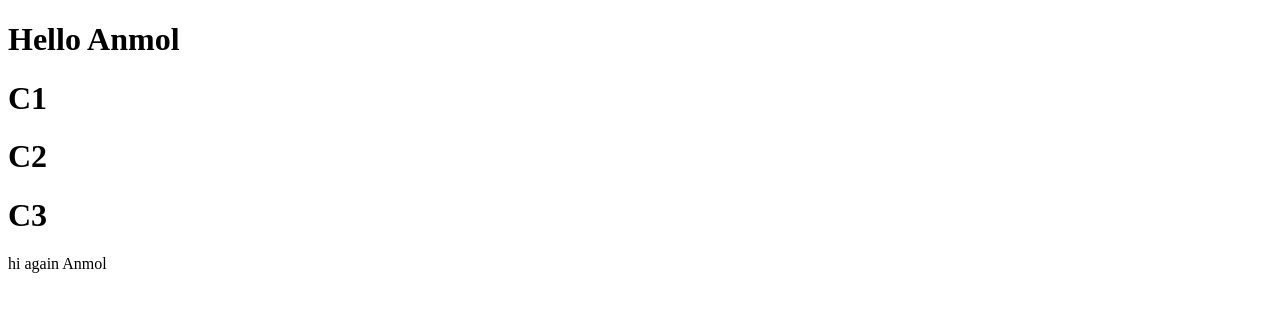
Repository: theanmol-raj/redux--
Page: /
These files come from the project's save history. The page is drawn as it stood at one moment and after the next save; the edit follows.
The browser window is 1280 px wide. The pictures show the whole page.
The project was rebuilt for these pictures with package versions that can differ from the ones it lists, and the page was loaded fresh each time. Also part of the build but not shown: src/index.css.

Above is the page before, as saved 2023-01-09 21:30:06.

After the next save:
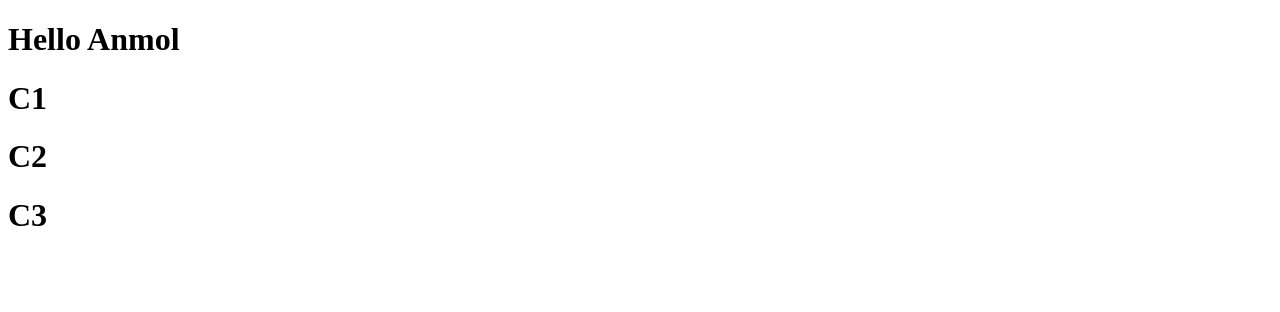
Saved 100 s later.
--- a/src/App.js
+++ b/src/App.js
@@ -1,6 +1,4 @@
 import { useState ,createContext ,useContext } from "react"
-
-
 
 const Env = createContext () ;
 
@@ -25,20 +23,19 @@
 }
 function C4(){
   const va = useContext(Env);
+  console.log(va)
   return <div>
     {/* hi again {va} */}
-    <p>hi again {va}</p>
+    {/* <p>hi again {va}</p> */}
   </div>
 }
 
 
-
-
-
 function App() {
   const [va ,setVa] = useState("Anmol")
+  const [va2 ,setVa2] = useState("Raj")
   return (
-    <Env.Provider value={va} >
+    <Env.Provider value={[va ,va2]} >
       <div className="App">
       <h1>Hello {va}</h1>
       <C1 />

After the save that followed:
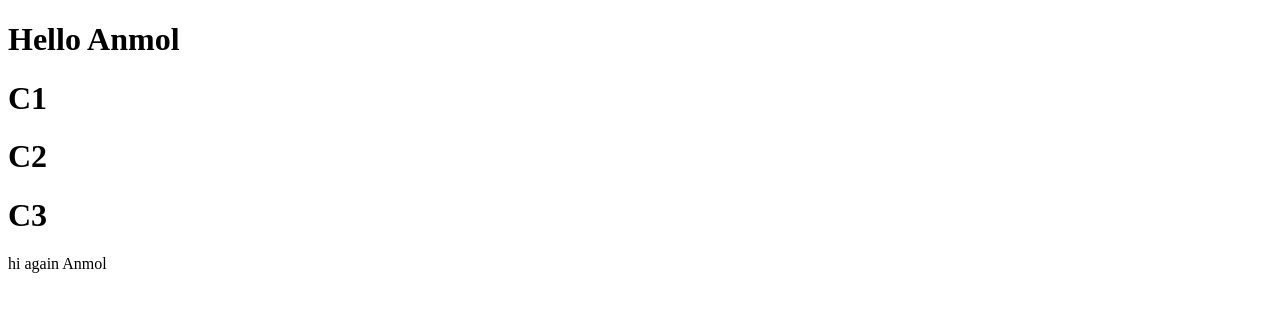
Saved 27 s later.
--- a/src/App.js
+++ b/src/App.js
@@ -22,11 +22,11 @@
   </div>
 }
 function C4(){
-  const va = useContext(Env);
-  console.log(va)
+  const [va ,va2] = useContext(Env);
+
   return <div>
     {/* hi again {va} */}
-    {/* <p>hi again {va}</p> */}
+    <p>hi again {va}</p>
   </div>
 }
 
